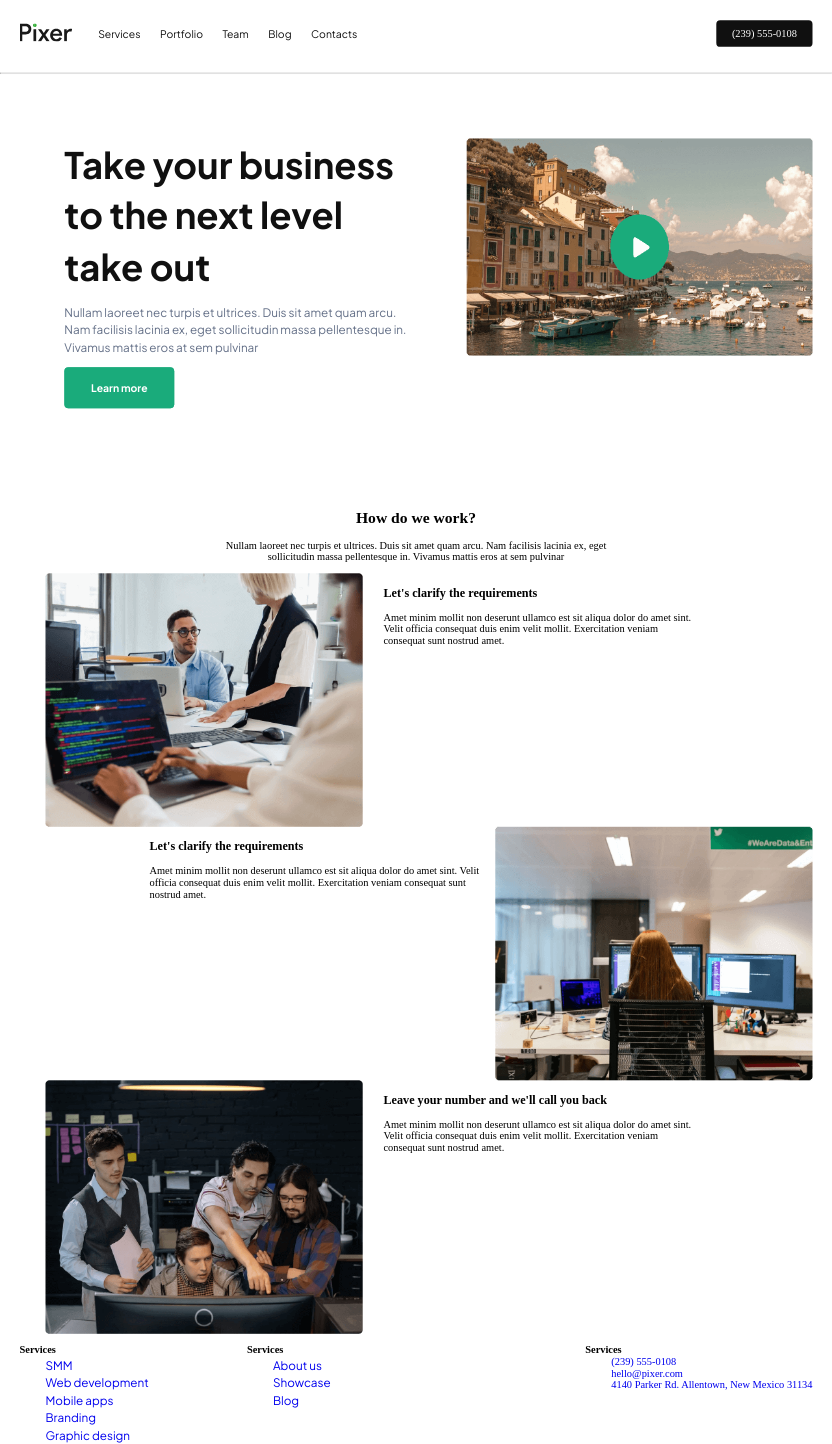
Repository: UlugbekAbdurasulov/pixar
Page: index.html
These files come from the project's save history. The page is drawn as it stood at one moment and after a run of saves; the edit follows.
The browser window is 1280 px wide. The pictures show the whole page, at 65% of full size.

Above is the page before, as saved 2023-06-05 02:50:32.

After the next 2 saves:
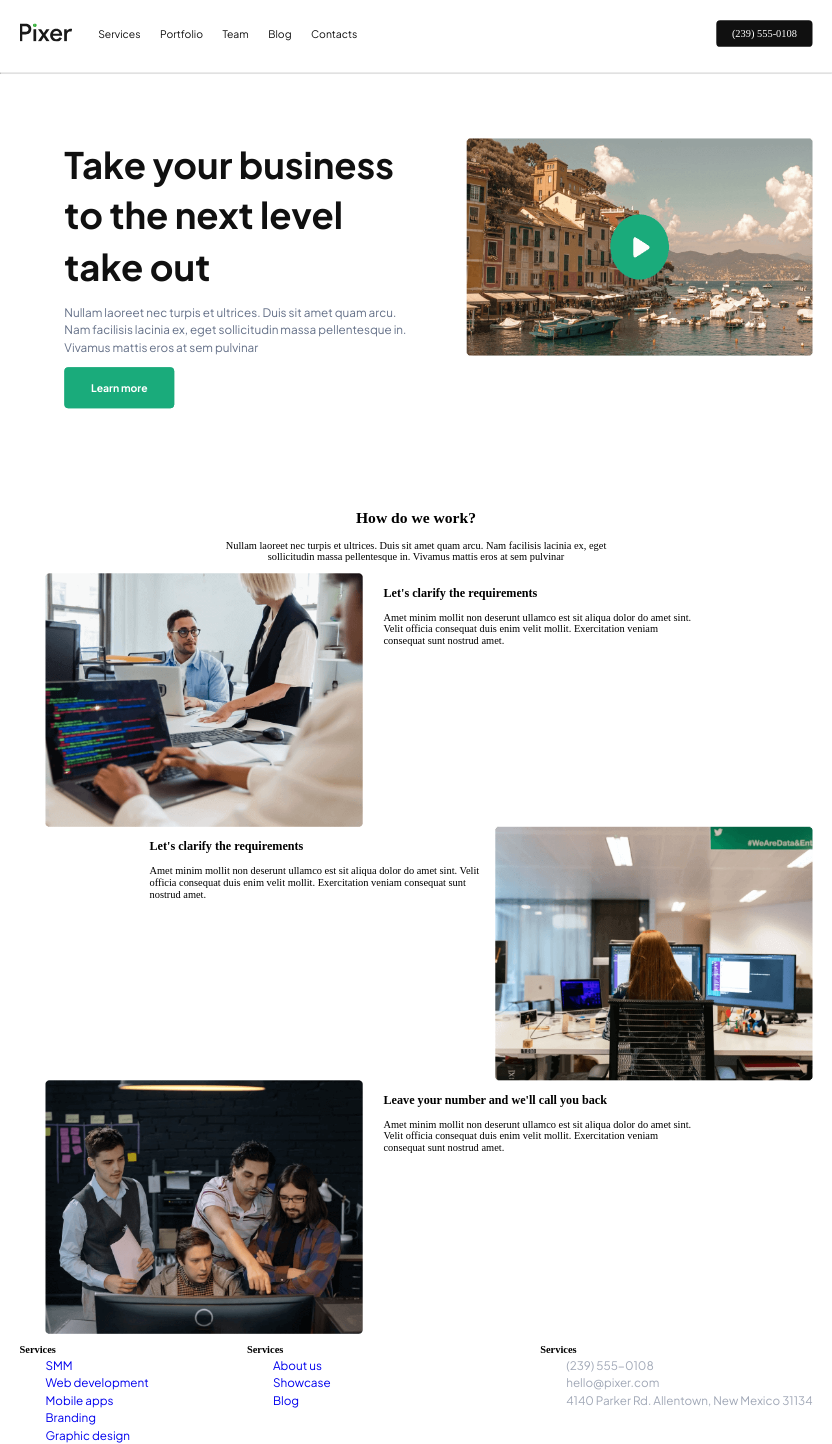
The 2 saves are shown as one change because they came seconds apart.
The last was saved 7 s later.
--- a/index.html
+++ b/index.html
@@ -116,9 +116,9 @@
   <div class="sayt-footer-start-Connect">
     <strong>Services</strong>
     <ul class="sayt-footer-start-child">
-      <li><a href="#">(239) 555-0108</a></li>
-      <li><a href="#">hello@pixer.com</a></li>
-      <li><a href="#">4140 Parker Rd. Allentown, New Mexico 31134</a></li>
+      <li><a class="sayt-footer-start-text" href="#">(239) 555-0108</a></li>
+      <li><a class="sayt-footer-start-text" href="#">hello@pixer.com</a></li>
+      <li><a class="sayt-footer-start-text" href="#">4140 Parker Rd. Allentown, New Mexico 31134</a></li>
 
     </ul>
 
